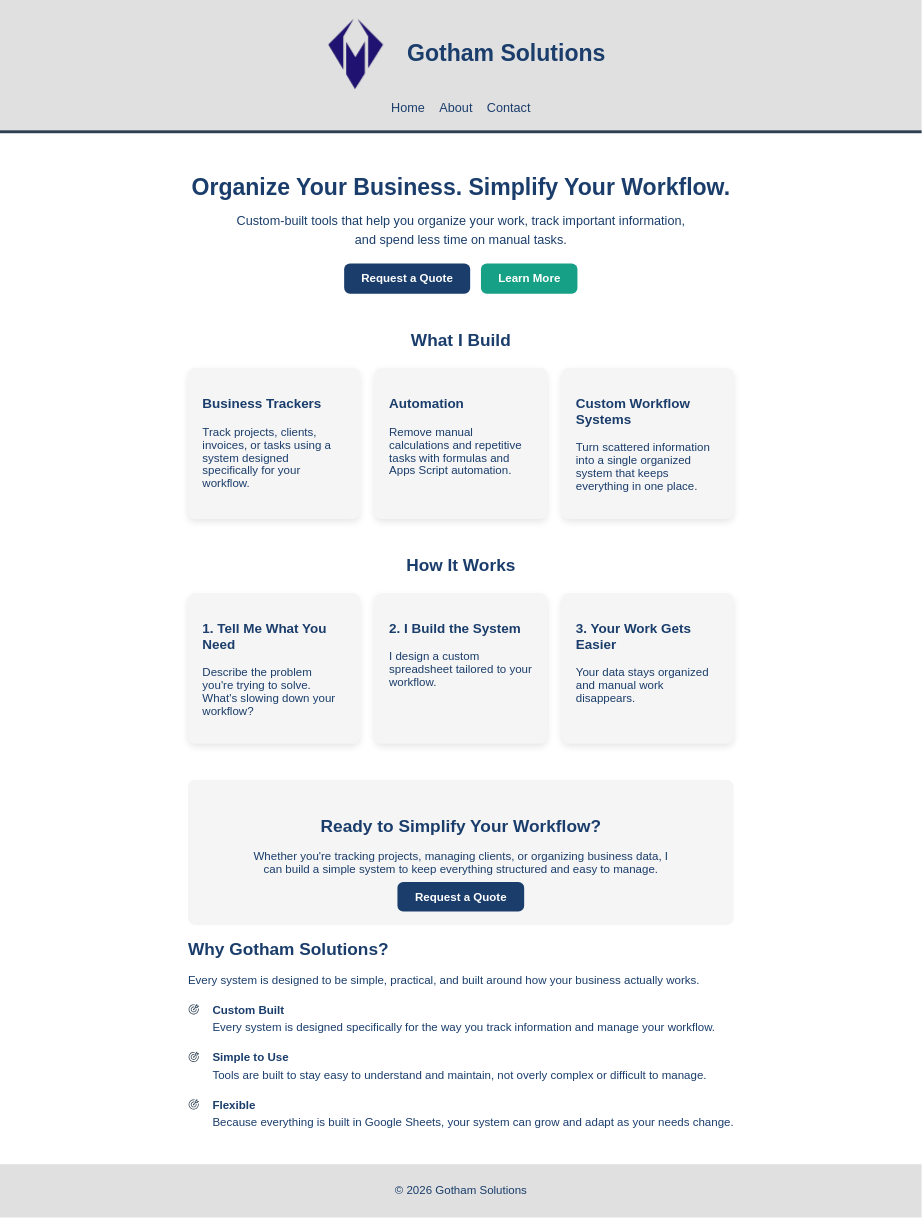
Repository: kmm569/gothamsolutions
Page: index.html
An editor plug-in stored every save of this project. The page is shown before and after the next save, followed by the edit.
The browser window is 1280 px wide. The pictures show the whole page, at 72% of full size.

Above is the page before, as saved 2026-03-06 11:32:15.

### index.html
<!DOCTYPE html>
<html lang="en">

<head>

<meta charset="UTF-8">
<meta name="viewport" content="width=device-width, initial-scale=1.0">

<title>Gotham Solutions</title>

<link rel="stylesheet" href="styles.css">

</head>

<body>

<header>

	<div class="logo-container">
		<img src="LogoSolo.png" alt="Gotham Solutions Logo" class="logo">
		<h1>Gotham Solutions</h1>
	</div>

	<nav>
		<ul>
			<li><a href="index.html" class="nav-link">Home</a></li>
			<li><a href="about.html" class="nav-link">About</a></li>
			<li><a href="contact.html" class="nav-link">Contact</a></li>
		</ul>
	</nav>

</header>

<main>

<section class="hero">

	<h2>Organize Your Business. Simplify Your Workflow.</h2>

	<p class="hero-text">
	Custom-built tools that help you organize your work, track important information, and spend less time on manual tasks.
	</p>

	<div class="hero-buttons">

		<a href="contact.html" class="button-primary">
			Request a Quote
		</a>

		<a href="about.html" class="button-secondary">
			Learn More
		</a>

	</div>

</section>


<section class="services">

	<h2>What I Build</h2>

	<div class="service-grid">

		<div class="service-card">
			<h3>Business Trackers</h3>
			<p>
			Track projects, clients, invoices, or tasks using a system designed specifically for your workflow.
			</p>
		</div>

		<div class="service-card">
			<h3>Automation</h3>
			<p>
			Remove manual calculations and repetitive tasks with formulas and Apps Script automation.
			</p>
		</div>

		<div class="service-card">
			<h3>Custom Workflow Systems</h3>
			<p>
			Turn scattered information into a single organized system that keeps everything in one place.
			</p>
		</div>

	</div>

</section>


<section class="process">

	<h2>How It Works</h2>

	<div class="process-grid">

		<div class="process-step">
			<h3>1. Tell Me What You Need</h3>
			<p>
			Describe the problem you're trying to solve. What's slowing down your workflow?
			</p>
		</div>

		<div class="process-step">
			<h3>2. I Build the System</h3>
			<p>
			I design a custom spreadsheet tailored to your workflow.
			</p>
		</div>

		<div class="process-step">
			<h3>3. Your Work Gets Easier</h3>
			<p>
			Your data stays organized and manual work disappears.
			</p>
		</div>

	</div>

</section>


<section class="cta">

	<h2>Ready to Simplify Your Workflow?</h2>

	<p>
	Whether you're tracking projects, managing clients, or organizing business data, I can build a simple system to keep everything structured and easy to manage.
	</p>

	<a href="contact.html" class="button-primary">
		Request a Quote
	</a>

</section>

<section class="why-section">
		<h2>Why Gotham Solutions?</h2>

<p>
Every system is designed to be simple, practical, and built around how your business actually works.
</p>

<ul class="about-points">

<li>
<strong>Custom Built</strong><br>
Every system is designed specifically for the way you track information and manage your workflow.
</li>

<li>
<strong>Simple to Use</strong><br>
Tools are built to stay easy to understand and maintain, not overly complex or difficult to manage.
</li>

<li>
<strong>Flexible</strong><br>
Because everything is built in Google Sheets, your system can grow and adapt as your needs change.
</li>

</ul>
	</section>

</main>

<footer>
	<p>&copy; 2026 Gotham Solutions</p>
</footer>

</body>
</html>

### styles.css
body{
	background:#ffffff;
	color:#1A3D6B;
	font-family:Arial, sans-serif;
	margin:0;
	padding:0;
	display:flex;
	flex-direction:column;
	min-height:100vh;
}

header{
	background:#E0E0E0;
	padding:20px;
	border-bottom:4px solid #2C3E50;
	display:flex;
	flex-direction:column;
	align-items:center;
}

.logo-container{
	display:flex;
	align-items:center;
	gap:16px;
	margin-bottom:10px;
}

.logo{
	width:110px;
}

nav ul{
	list-style:none;
	display:flex;
	gap:20px;
	padding:0;
	margin:0;
}

.nav-link{
	text-decoration:none;
	color:#1A3D6B;
	font-size:1.1em;
}

.nav-link:hover{
	color:#16A085;
}

main{
	flex:1;
	padding:30px 20px;
	max-width:1100px;
	margin:auto;
}


/* HERO */

.hero{
	text-align:center;
	margin-bottom:50px;
}

.hero h2{
	font-size:2em;
	margin-bottom:15px;
}

.hero-text{
	max-width:650px;
	margin:auto;
	font-size:1.1em;
	line-height:1.5;
}

.hero-buttons{
	margin-top:20px;
	display:flex;
	gap:15px;
	justify-content:center;
	flex-wrap:wrap;
}


/* BUTTONS */

.button-primary{
	background:#1A3D6B;
	color:white;
	padding:12px 24px;
	border-radius:8px;
	text-decoration:none;
	font-weight:bold;
}

.button-secondary{
	background:#16A085;
	color:white;
	padding:12px 24px;
	border-radius:8px;
	text-decoration:none;
	font-weight:bold;
}


/* SERVICES */

.services{
	margin-bottom:50px;
}

.services h2{
	text-align:center;
	margin-bottom:25px;
}

.service-grid{
	display:grid;
	grid-template-columns:repeat(auto-fit,minmax(220px,1fr));
	gap:20px;
}

.service-card{
	background:#F5F5F5;
	padding:20px;
	border-radius:10px;
	box-shadow:0 4px 10px rgba(0,0,0,0.1);
}


/* PROCESS */

.process{
	margin-bottom:50px;
}

.process h2{
	text-align:center;
	margin-bottom:25px;
}

.process-grid{
	display:grid;
	grid-template-columns:repeat(auto-fit,minmax(220px,1fr));
	gap:20px;
}

.process-step{
	background:#F5F5F5;
	padding:20px;
	border-radius:10px;
	box-shadow:0 4px 10px rgba(0,0,0,0.1);
}


/* CTA */

.cta{
	text-align:center;
	background:#F5F5F5;
	padding:30px;
	border-radius:10px;
}

.cta p{
	max-width:600px;
	margin:10px auto 20px auto;
}


/* FORM */

.form-card{
	background:#F5F5F5;
	padding:30px;
	border-radius:10px;
	box-shadow:0 6px 14px rgba(0,0,0,0.15);
	max-width:600px;
	margin:auto;
}

form{
	display:flex;
	flex-direction:column;
	gap:12px;
}

input,
select,
textarea{
	padding:10px;
	border-radius:6px;
	border:1px solid #ccc;
	font-size:14px;
}

.submit-button{
	margin-top:10px;
	padding:12px;
	border:none;
	background:#1A3D6B;
	color:white;
	font-weight:bold;
	border-radius:8px;
	cursor:pointer;
}

.submit-button:hover{
	background:#163457;
}

footer{
	background:#E0E0E0;
	padding:12px;
	text-align:center;
}

/* WHY GOTHAM SOLUTIONS LIST */

.about-points{
	list-style:none;
	padding:0;
	margin-top:20px;

	display:flex;
	flex-direction:column;
	gap:18px;
}

.about-points li{
	position:relative;
	padding-left:34px;
	line-height:1.5;
}

.about-points li::before{
	content:"";

	position:absolute;
	left:0;
	top:3px;

	width:16px;
	height:16px;

	background-color:#2C3E50;

	mask:url("/icons/target.svg") no-repeat center;
	mask-size:contain;

	-webkit-mask:url("/icons/target.svg") no-repeat center;
	-webkit-mask-size:contain;
}

### icons/target.svg
<svg viewBox="0 0 2048 2048" xmlns="http://www.w3.org/2000/svg">
<path d="M1024 640q-80 0-149 30t-122 82-83 123-30 149q0 80 30 149t82 122 122 83 150 30q79 0 149-30t122-82 83-122 30-150q0-64-22-128h134q8 32 12 64t4 64q0 106-40 199t-110 162-163 110-199 41q-106 0-199-40t-162-110-110-163-40-199q0-106 40-199t109-162 163-110 199-41q32 0 64 4t64 12v134q-64-22-128-22zm866 155q30 113 30 229 0 123-32 237t-90 214-141 182-181 140-214 91-238 32q-123 0-237-32t-214-90-182-141-140-181-91-214-32-238q0-123 32-237t90-214 141-182 181-140 214-91 238-32q116 0 229 30l-101 101v8q-32-5-64-8t-64-3q-106 0-204 27t-183 78-156 120-120 155-77 184-28 204q0 106 27 204t78 183 120 156 155 120 184 77 204 28q106 0 204-27t183-78 156-120 120-155 77-184 28-204q0-32-3-64t-8-64h8l101-101zm-610-118V390L1664 6v378h378l-384 384h-287l-223 223q4 15 4 33 0 27-10 50t-27 40-41 28-50 10q-27 0-50-10t-40-27-28-41-10-50q0-27 10-50t27-40 41-28 50-10q18 0 33 4l223-223zm128-37h197l128-128h-197V315l-128 128v197z"/>
</svg>

After the next save:
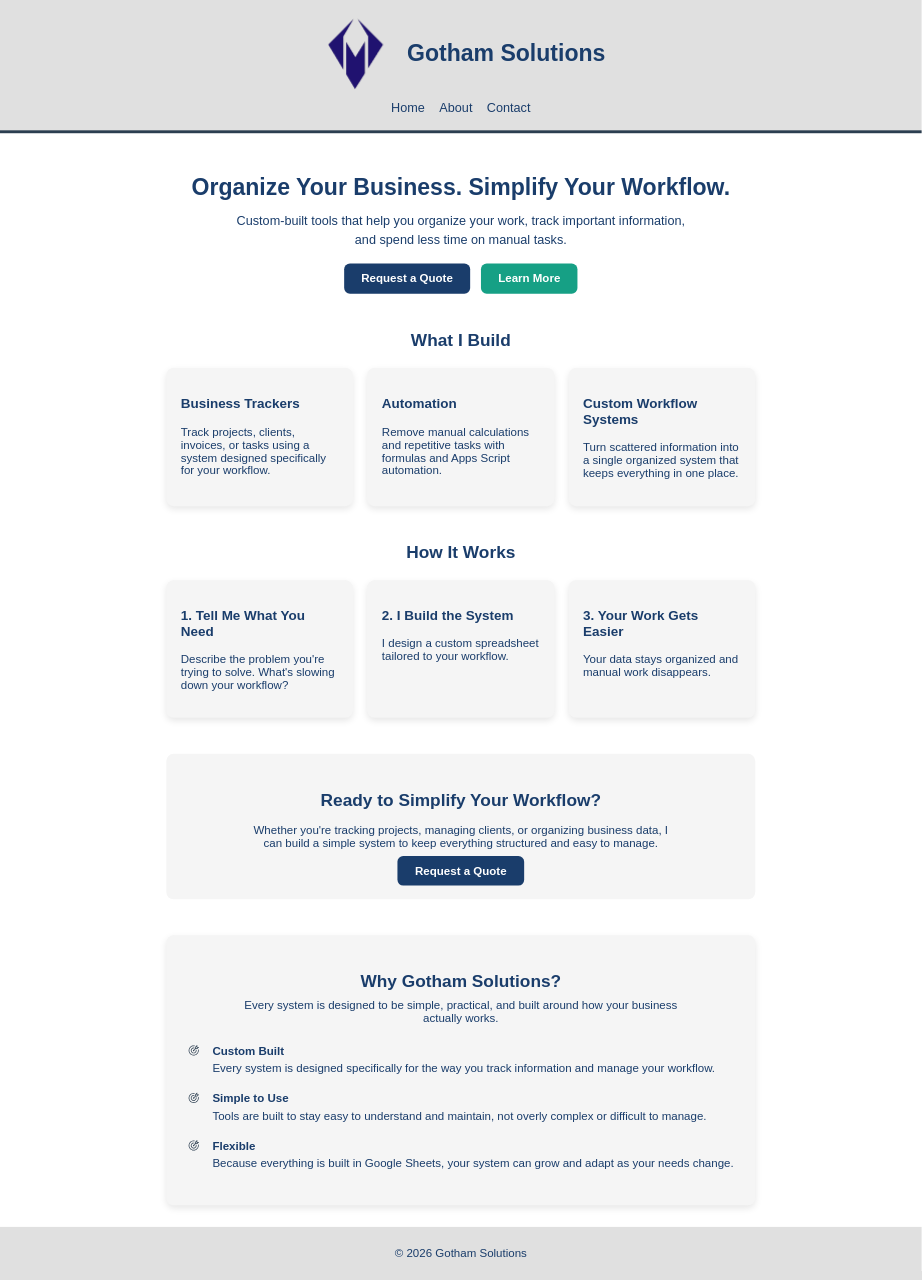
Saved 24 s later.
--- a/styles.css
+++ b/styles.css
@@ -210,6 +210,27 @@ textarea{
 	background:#163457;
 }
 
+/* WHY SECTION */
+
+.why-section{
+	margin-top:50px;
+	background:#F5F5F5;
+	padding:30px;
+	border-radius:10px;
+	box-shadow:0 4px 10px rgba(0,0,0,0.1);
+}
+
+.why-section h2{
+	text-align:center;
+	margin-bottom:10px;
+}
+
+.why-section > p{
+	text-align:center;
+	max-width:650px;
+	margin:0 auto 25px auto;
+}
+
 footer{
 	background:#E0E0E0;
 	padding:12px;
